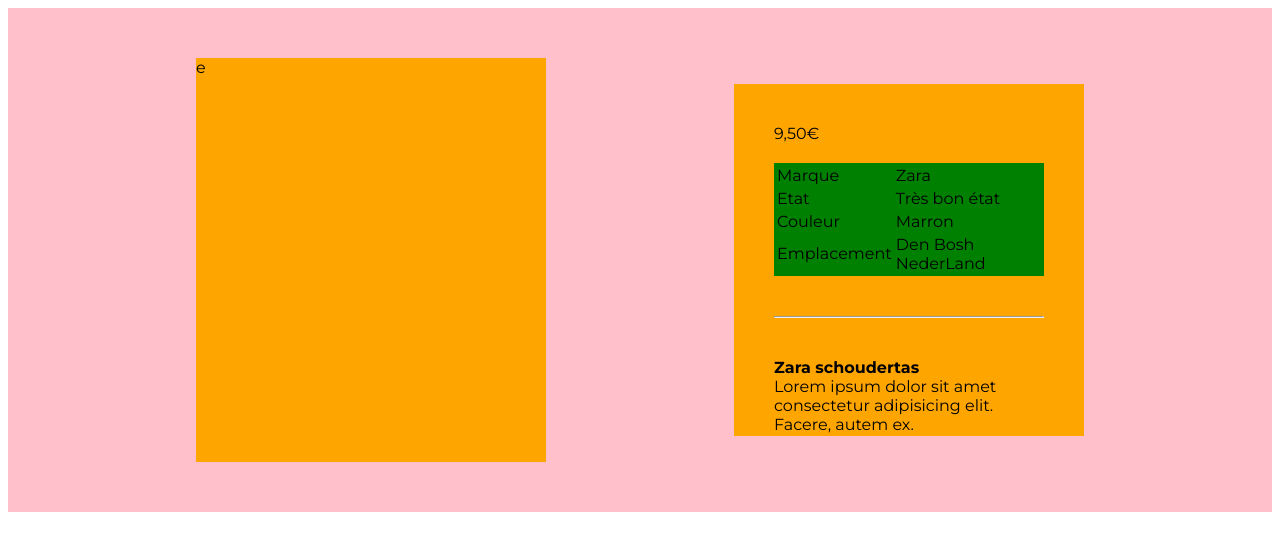
Repository: mel-in-a/vinted-front-clone
Page: html/offer.html
These files come from the project's save history. The page is drawn as it stood at one moment and after the next save; the edit follows.
The browser window is 1280 px wide. The pictures show the whole page.

Above is the page before, as saved 2021-07-29 16:40:43.

### html/offer.html
<!DOCTYPE html>
<html lang="en">
  <head>
    <meta charset="UTF-8" />
    <meta http-equiv="X-UA-Compatible" content="IE=edge" />
    <meta name="viewport" content="width=device-width, initial-scale=1.0" />
    <link rel="preconnect" href="https://fonts.googleapis.com" />
    <link rel="preconnect" href="https://fonts.gstatic.com" crossorigin />
    <link
      href="https://fonts.googleapis.com/css2?family=Montserrat:wght@100;200;300;400;500;600;700;800;900&display=swap"
      rel="stylesheet"
    />
    <link rel="stylesheet" href="/offer.css" />
    <title>Document</title>
  </head>
  <body>
    <div class="offer">
      <div class="left">e</div>
      <div class="right">
        <div class="price">9,50€</div>
        <div class="horizontal">
          <table>
            <tr>
              <td>Marque</td>
              <td>Zara</td>
            </tr>
            <tr>
              <td>Etat</td>
              <td>Très bon état</td>
            </tr>
            <tr>
              <td>Couleur</td>
              <td>Marron</td>
            </tr>
            <tr>
              <td>Emplacement</td>
              <td>Den Bosh NederLand</td>
            </tr>
          </table>
        </div>
        <hr />
        <div class="editor">Zara schoudertas</div>
        <div class="description">Lorem ipsum dolor sit amet consectetur adipisicing elit. Facere, autem ex.</div>
      </div>
    </div>
  </body>
</html>

### html/offer.css
* {
  font-family: "Montserrat", sans-serif;
}
.offer {
  width: 100%;
  display: flex;
  background-color: pink;
  height: 70vh;
  justify-content: space-evenly;
  align-items: center;
  flex-shrink: 0;
}

.offer .left,
.offer .right {
  width: 350px;
  background-color: orange;

}
.offer .left {
    height: 80%;
}
.offer .right {
    height: 70%;
  padding: 40px;
  box-sizing: border-box;
}

.offer .horizontal {
  margin-top: 20px;
  background-color: green;
}

.offer .horizontal table {
  width: 100%;
}

.offer hr {
  margin: 40px 0;
}

.offer .editor {
    font-weight: 700;
}

After the next save:
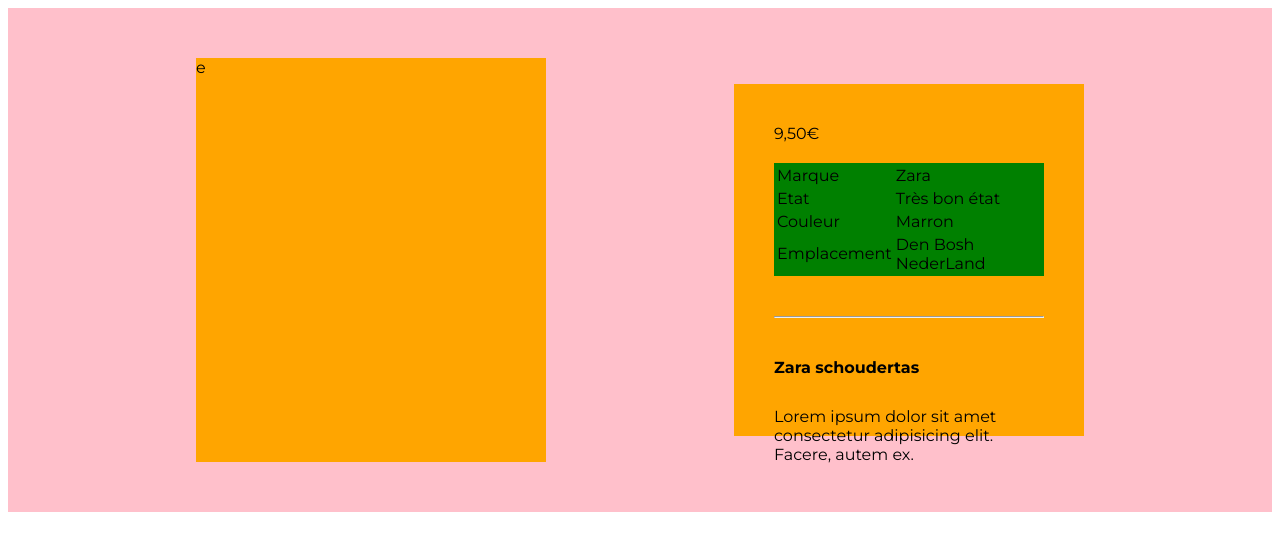
Saved 9 s later.
--- a/html/offer.css
+++ b/html/offer.css
@@ -41,4 +41,5 @@
 
 .offer .editor {
     font-weight: 700;
+    margin-bottom: 30px
 }
